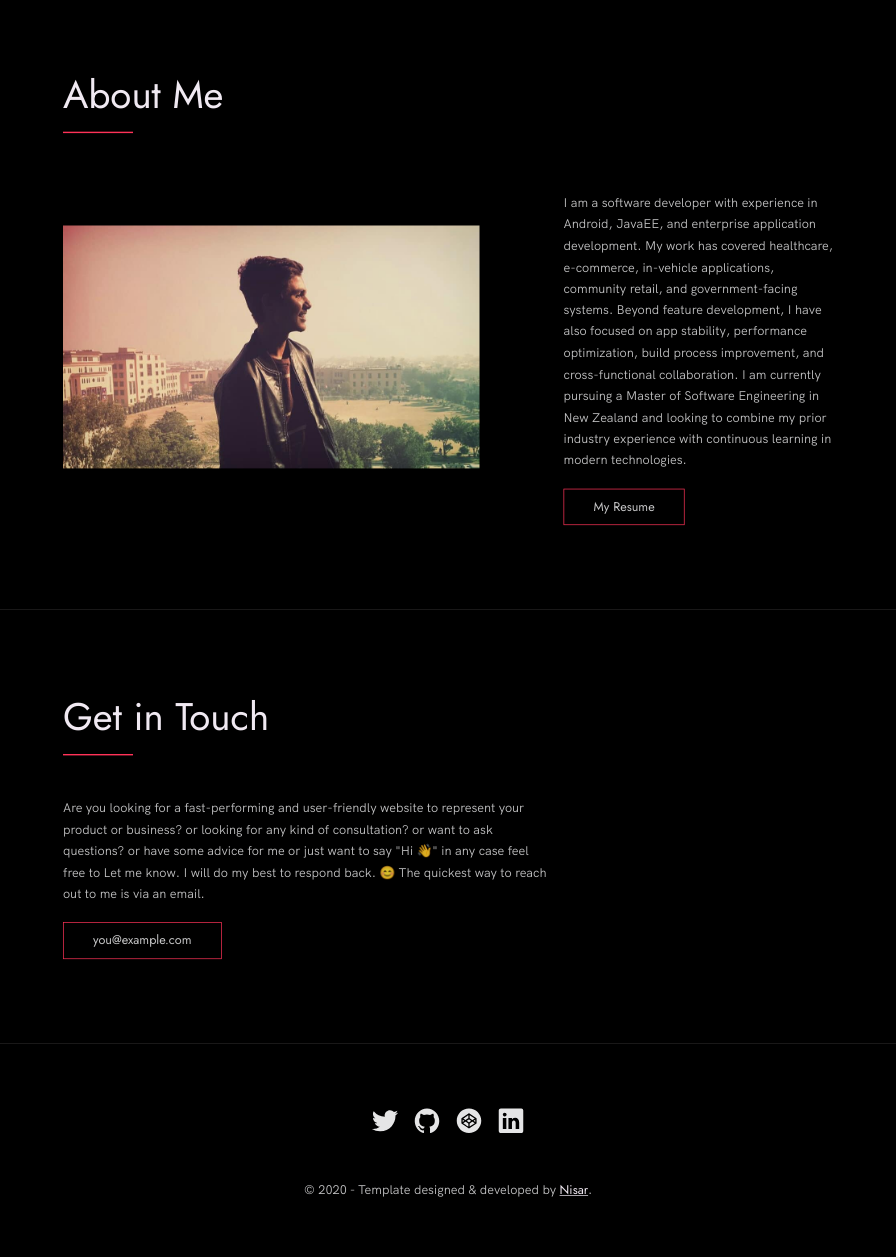
Repository: flyWithWater/portfolio
Page: index.html
An editor plug-in stored every save of this project. The page is shown before and after the next save, followed by the edit.
The browser window is 1280 px wide. The pictures show the part of the page from y = 3543 to 5463 px (the page is 5339 px tall before and 6177 px after), at 70% of full size.
Pictures or frames that could not be fetched are drawn as grey boxes. Backgrounds fixed to the window are drawn as part of the page.

Above is the page before, as saved 2026-04-15 17:03:44.

### index.html
<!--
  Hello 😊.

  This template is designed and developed by Nisar Hassan Naqvi
  for anyone to use for free or customize the way they like.

  Github Repo: https://github.com/nisarhassan12/portfolio-template/
  My Website: https://nisar.dev

  For business & inquires, contact me => syednisarhassan12@gmail.com
-->

<!--
  Follow the instructions written in comments to create your stunning portfolio
-->

<!DOCTYPE html>
<html lang="en">

<head>
  <meta charset="UTF-8" />
  <meta name="viewport" content="width=device-width, initial-scale=1.0" />
  <link rel="shortcut icon" type="image/png" href="./images/favicon.png" />

  <!-- Put your site title here -->
  <title>
    Shane Zhang | A Back-End & Android Developer based in Auckland, New Zealand.
  </title>

  <meta name="description" content="Add small description of yourslef.">
  <!-- Add some coding keywords below, Ex: (React, CSS etc) -->
  <meta name="keywords" content="Put your name, skills and some coding keywords" />
  <link rel="stylesheet" href="index.css" />
</head>

<body>

  <!-- ***** Header ***** -->

  <header class="header" role="banner" id="top">
    <div class="row">
      <nav class="nav" role="navigation">
        <ul class="nav__items">
          <li class="nav__item"><a href="#work" class="nav__link">Work</a></li>
          <li class="nav__item"><a href="#clients" class="nav__link">Clients</a></li>
          <li class="nav__item">
            <a href="#about" class="nav__link">About</a>
          </li>
          <li class="nav__item">
            <a href="#contact" class="nav__link">Contact</a>
          </li>
        </ul>
      </nav>
    </div>
    <div class="header__text-box row">
      <div class="header__text">
        <h1 class="heading-primary">
          <!-- Replace the following name with your name -->
          <span>Changsheng Zhang</span>
        </h1>
        <!-- Put a small paragraph about yourself -->
        <p>A Back-End,Android App Developer, Researcher based in Auckland, New Zealand.</p>
        <a href="#contact" class="btn btn--pink">Get in touch</a>
      </div>
    </div>
  </header>

  <main role="main">

    <!-- ***** Work ***** -->

    <section class="work" id="work">
      <div class="row">
        <h2>My Work Skills</h2>
        <div class="work__boxes">

          <!-- Each div with the work__box class is a project. -->

          <div class="work__box">
            <div class="work__text">
              <h3>Portfolio Template</h3>
              <p>
                A free Open Source Portfolio for anyone to use for free.
              </p>
              <ul class="work__list">
                <li>HTML</li>
                <li>SCSS</li>
                <li>JavaScript</li>
                <li>Parcel</li>
                <li>JavaScript</li>
                <li>JavaScript</li>
                <li>JavaScript</li>
                <li>JavaScript</li>
                <li>JavaScript</li>
                <li>JavaScript</li>
                <li>JavaScript</li>
                <li>JavaScript</li>
                <li>JavaScript</li>
                <li>JavaScript</li>
                <li>JavaScript</li>
              </ul>

              <div class="work__links">
                <a href="https://changshengzhang.tech" target="_blank" class="link__text">
                  Visit Site <span>&rarr;</span>
                </a>
                <a href="https://github.com/flyWithWater" title="View Source Code" target="_blank">
                  <img src="./images/github.svg" class="work__code" alt="GitHub">
                </a>
              </div>
            </div>
            <div class="work__image-box">
              <img src="./images/project-1.png" class="work__image" alt="Project 1" />
            </div>
          </div>

          <div class="work__box">
            <div class="work__text">
              <h3>Calculator</h3>
              <p>
                Lorem ipsum dolor sit amet consectetur adipisicing elit. Quod,
                eius.
              </p>
              <ul class="work__list">
                <li>React</li>
                <li>Next.js</li>
                <li>Node</li>
                <li>MongoDB</li>
              </ul>

              <div class="work__links">
                <a href="#" class="link__text">
                  Visit Site <span>&rarr;</span>
                </a>
                <a href="#">
                  <img src="./images/github.svg" class="work__code" title="View Source Code" alt="GitHub">
                </a>
              </div>
            </div>
            <div class="work__image-box">
              <img src="./images/project-2.png" class="work__image" alt="Project 1" />
            </div>
          </div>

          <div class="work__box">
            <div class="work__text">
              <h3>Notificator</h3>
              <p>
                Lorem ipsum dolor sit amet consectetur adipisicing elit. Quod,
                eius.
              </p>
              <ul class="work__list">
                <li>React</li>
                <li>Next.js</li>
                <li>Node</li>
                <li>MongoDB</li>
              </ul>

              <div class="work__links">
                <a href="#" class="link__text">
                  Visit Site <span>&rarr;</span>
                </a>
                <a href="#">
                  <img src="./images/github.svg" class="work__code" title="View Source Code" alt="GitHub">
                </a>
              </div>
            </div>
            <div class="work__image-box">
              <img src="./images/project-3.png" class="work__image" alt="Project 3" />
            </div>
          </div>
        </div>
      </div>
    </section>

    <!-- ***** Clients ***** -->

    <section class="client" id="clients">
      <div class="row">
        <h2>Clients</h2>
        <div class="client__logos">
          <!-- Add logos of the clients or companies you'have worked with. -->
          <img src="./images/ronjones.png" class="client__logo" alt="Company 2" />
          <img src="./images/goldengrid.png" class="client__logo" alt="Company 3" />
          <img src="./images/bullseye.png" class="client__logo" alt="Company 1" />
          <img src="./images/mighty-furnitures.png" class="client__logo" alt="Company 1" />
          <img src="./images/fastlane.png" class="client__logo" alt="Company 3" />
          <img src="./images/chippy.png" class="client__logo" alt="Company 1" />
        </div>
      </div>
    </section>

    <!-- ***** About ***** -->

    <section class="about" id="about">
      <div class="row">
        <h2>About Me</h2>
        <div class="about__content">
          <div class="about__text">
            <!-- Replace the below paragraph with info about yourself -->
            <p>
              I am a software developer with experience in Android, JavaEE, and enterprise application development. My work has covered healthcare, e-commerce, in-vehicle applications, community retail, and government-facing systems. Beyond feature development, I have also focused on app stability, performance optimization, build process improvement, and cross-functional collaboration. I am currently pursuing a Master of Software Engineering in New Zealand and looking to combine my prior industry experience with continuous learning in modern technologies.
            </p>
            <!-- Provide a link to your resume -->
            <a href="#" class="btn">My Resume</a>
          </div>

          <div class="about__photo-container">
            <!-- Add a nice photo of yourself -->
            <img class="about__photo" src="./images/syed-ali-hussnain.jpg" alt="" />
          </div>
        </div>
      </div>
    </section>
  </main>

  <!-- ***** Contact ***** -->

  <section class="contact" id="contact">
    <div class="row">
      <h2>Get in Touch</h2>
      <div class="contact__info">
        <p>
          Are you looking for a fast-performing and user-friendly website to
          represent your product or business? or looking for any kind of
          consultation? or want to ask questions? or have some advice for me
          or just want to say "Hi 👋" in any case feel free to Let me know. I
          will do my best to respond back. 😊 The quickest way to reach out to
          me is via an email.
        </p>
        <!-- Replace the email with yours -->
        <a href="mailto:you@example.com" class="btn">you@example.com</a>
      </div>
    </div>
  </section>

  <!-- ***** Footer ***** -->

  <footer role="contentinfo" class="footer">
    <div class="row">
      <!-- Update the links to point to your accounts -->
      <ul class="footer__social-links">
        <li class="footer__social-link-item">
          <a href="https://twitter.com/nisarhassan12/" title="Link to Twitter Profile">
            <img src="./images/twitter.svg" class="footer__social-image" alt="Twitter">
          </a>
        </li>
        <li class="footer__social-link-item">
          <a href="https://github.com/nisarhassan12/" title="Link to Github Profile">
            <img src="./images/github.svg" class="footer__social-image" alt="Github">
          </a>
        </li>
        <li class="footer__social-link-item">
          <a href="https://codepen.io/nisar_hassan" title="Link to Codepen Profile">
            <img src="./images/codepen.svg" class="footer__social-image" alt="Codepen">
          </a>
        </li>
        <li class="footer__social-link-item">
          <a href=https://www.linkedin.com/in/nisar-hassan-naqvi-413466199/">
            <img src="./images/linkedin.svg" title="Link to Linkedin Profile" class="footer__social-image" alt="Linkedin">
          </a>
        </li>
      </ul>

      <!-- If you give me some credit by keeping the below paragraph, will be huge for me 😊 Thanks. -->
      <p>
        &copy; 2020 - Template designed & developed by <a href="https://nisar.dev" class="link">Nisar</a>.
      </p>
      <div class="footer__github-buttons">
        <iframe
          src="https://ghbtns.com/github-btn.html?user=nisarhassan12&repo=portfolio-template&type=watch&count=true"
          frameborder="0" scrolling="0" width="170" height="20" title="Watch Portfolio Template on GitHub">
        </iframe>
      </div>
    </div>
  </footer>

  <a href="#top" class="back-to-top" title="Back to Top">
    <img src="./images/arrow-up.svg" alt="Back to Top" class="back-to-top__image"/>
  </a>
  <script src="./index.js"></script>
</body>

</html>

### index.css
/* --------------------------------------- */
/* ----- Basic Setup ----- */
/* --------------------------------------- */

@font-face {
    font-family: 'Hk Grotesk';
    font-style: normal;
    font-weight: 400;
    src: url('./fonts/HKGrotesk-Regular.woff') format('woff');
}

@font-face {
    font-family: 'Jost';
    font-style: normal;
    font-weight: 400;
    src: url('./fonts/Jost-Regular.ttf') format('woff');
}

* {
    margin: 0;
    padding: 0;
    box-sizing: inherit;
}

:root {
    --font-size-small: 1.8rem;
    --font-size-normal: 2.2rem;
    --font-size-medium: 2.8rem;
    --font-size-medium-1: 3.6rem;
    --font-size-large: 5.5rem;
    --font-size-huge: 7.5rem;
    --font-stack: 'Hk Grotesk', sans-serif;

    --line-height-normal: 1.7;
    --line-height-small: 1.2;

    --black: #000;
    --pink: #ff3258;
    --white: #f0e9f2;
    --white-1: #e5e5e6da;


    --container-max-width: 1180px;
    --container-normal-width: 800px;
    --container-medium-width: 700px;
    --container-small-width: 500px;

    --gutter-huge: 12rem;
    --gutter-medium: 6rem;
    --gutter-normal: 3rem;
    --gutter-small-1: 2.5rem;
    --gutter-small: 2rem;

    --border-light: 1px solid rgb(36, 35, 35);
}

html {
    font-size: 62.5%; /* (16/10)*100 = 62.5% => 1rem = 10px */
    box-sizing: border-box;
    scroll-behavior: smooth;
}

@media(max-width: 1000px) {
    html {
        font-size: 52%;
    }
}

body {
    font-size: var(--font-size-small);
    font-family: var(--font-stack);
    font-weight: 400;
    color: var(--white-1);
    line-height: var(--line-height-normal);
    background: var(--black);
    overflow-x: hidden;
}

.row {
    max-width: var(--container-max-width);
    margin: 0 auto;
}

@media(max-width: 1340px) {
    .row {
        max-width: 1100px;
    }
}

@media(max-width: 1240px) {
    .row {
        padding: 0 var(--gutter-medium);
    }
}

@media(max-width: 600px) {
    .row {
        padding: 0 var(--gutter-normal);
    }
}

@media(max-width: 600px) {
    .row {
        padding: 0 var(--gutter-small);
    }
}

section {
    padding: var(--gutter-huge) 0;
    border-bottom: var(--border-light);
}

img {
    object-fit: contain;
    max-width: 100%;
}

/* --------------------------------------- */
/* ----- Headlines and Paragraphs ----- */
/* --------------------------------------- */

h1,
h2,
h3 {
    font-family: 'Jost', sans-serif;
    font-weight: 400;
    line-height: var(--line-height-small);
    color: var(--white);
}

.heading-primary {
    line-height: 1;
    font-size: var(--font-size-huge);
    font-weight: 400;
}

@media(max-width: 900px) {
    .heading-primary {
        font-size: 6.5rem;
    }
}

h2 {
    font-size: var(--font-size-large);
    margin-bottom: var(--gutter-medium);
}

h2::after {
    content: '';
    display: block;
    height: 2px;
    width: 10rem;
    background: var(--pink);
    margin: var(--gutter-small) 0;
}

h3 {
    font-size: var(--font-size-medium-1);
    margin-bottom: var(--gutter-small);
}

@media(max-width: 500px) {
    .heading-primary {
        font-size: var(--font-size-large);
    }

    h2 {
        font-size: var(--font-size-medium-1);
    }

    h3 {
        font-size: var(--font-size-medium);
    }
}

p {
    margin: var(--gutter-small-1) 0;
}

@media(max-width: 900px) {
    p {
        max-width: var(--container-small-width);
    }
}

/* --------------------------------------- */
/* ----- Buttons and Links ----- */
/* --------------------------------------- */

a {
    color: var(--white);
    font-weight: 400;
    font-family: 'Jost', sans-serif;
    transition: all .2s;
    outline: 2px solid transparent;
}

::-moz-focus-inner {
    border: 0;
}

button:focus,
a:focus {
    outline: 2px solid var(--pink);
}

body:not(.user-is-tabbing) button:focus,
body:not(.user-is-tabbing) a:focus {
    outline: none;
}

.link:hover {
    color: var(--pink);
}

.btn {
    position: relative;
    display: inline-block;
    padding: 1rem 4.2rem;
    text-decoration: none;
    color: inherit;
    border: 1px solid  var(--pink);
    font-weight: 400;
}

.btn:focus {
    outline: none;
}

.btn::after {
    content: '';
    display: block;
    position: absolute;
    top: 0;
    left: 0;
    right: 100%;
    background: var(--white);
    height: 100%;
    z-index: -1;
    transition: all 0.2s cubic-bezier(1, 0.68, 0.16, 0.9);
}

.btn:hover::after,
.btn:focus::after {
    right: 0;
    background: var(--pink);
}

.btn--pink {
    background: var(--pink);
    transition: all 0.2s;
}

.btn--pink::after {
    display: none;
}

.btn--pink:hover,
.btn--pink:focus {
    background: transparent;
}

.link__text {
    position: relative;
    display: inline-block;
    padding: .6rem;
    color: inherit;
    text-decoration: none;
    border-bottom: 1px solid var(--pink);
}

.link__text::after {
    content: '';
    display: block;
    position: absolute;
    top: 0;
    left: 0;
    right: 100%;
    background: var(--white);
    height: 100%;
    z-index: -1;
    transition: all 0.2s cubic-bezier(1, 0.68, 0.16, 0.9);
}

.link__text:focus {
    outline: none;
}

.link__text:hover::after,
.link__text:focus:after {
    right: 0;
    background: var(--pink);
}

.link__text span {
    padding-left: 1rem;
    font-family: sans-serif;
}

/* ----- Back to Top ----- */

.back-to-top {
    position: fixed;
    bottom: 4rem;
    right: 4rem;
    display: flex;
    justify-content: center;
    align-items: center;
    height: 5.5rem;
    width: 5.5rem;
    background-color: var(--pink);
    border-radius: 50%;
    z-index: 10;
    visibility: hidden;
    transition: all .4s;
}

.back-to-top__image {
    height: 70%;
}

@media(max-width: 900px) {
    .back-to-top {
        right: 2rem;
    }
}

@media(max-width: 500px) {
    .back-to-top {
        right: 1rem;
    }
}

/* --------------------------------------- */
/* ----- Navigation ----- */
/* --------------------------------------- */

.nav {
    display: flex;
    justify-content: flex-end;
    padding: var(--gutter-normal) 0;
}

.nav__items {
    display: flex;
    list-style: none;
}

.nav__item:not(:last-child) {
    margin-right: var(--gutter-medium);
}

@media(max-width: 500px) {
    .nav {
        justify-content: center;
    }
}

@media(max-width: 400px) {
    .nav__item:not(:last-child) {
        margin-right: var(--gutter-normal);
    }
}

@media(max-width: 300px) {
    .nav {
        font-size: var(--font-size-small);
    }
}

.nav__link {
    position: relative;
    display: inline-block;
    padding: 1rem 0;
    text-decoration: none;
    color: inherit;
    transition: all .2s;
}

.nav__link::after {
    content: '';
    position: absolute;
    bottom: 0;
    left: 0;
    right: 100%;
    display: inline-block;
    height: 1rem;
    background: var(--white);
    transition: all 0.25s cubic-bezier(1, 0.68, 0.16, 0.9);
}

.nav__link:hover {
    color: var(--pink);
}

.nav__link:hover::after {
    right: 0;
    height: 2px;
    background: var(--pink);
}

/* --------------------------------------- */
/* ----- Header ----- */
/* --------------------------------------- */

.header {
    background: linear-gradient(rgba(0,0,0, .1), rgba(0,0,0, .4)),
        url('./images/header.jpg');
    height: 100vh;
    background-size: cover;
    background-position: center;
    background-attachment: fixed;
    font-size: var(--font-size-normal);
}

.header__text {
    position: absolute;
    top: 50%;
    transform: translateY(-50%);
}

.header__text p {
    margin: 1.5rem 0 3.5rem;
    max-width: var(--container-medium-width);
    font-family: 'Jost', sans-serif;
    font-size: var(--font-size-medium);
}

@media(max-width: 500px) {
    .header {
        text-align: center;
    }

    .header__text p {
        transform: scale(.8);
    }
}

/* --------------------------------------- */
/* ----- Work ----- */
/* --------------------------------------- */

.work__box {
    display: flex;
    align-items: center;
}

@media(max-width: 900px) {
    .work__box {
        align-items: initial;
        flex-direction: column-reverse;
    }
}

.work__box:not(:last-child) {
    margin-bottom: 25rem;
}

@media(max-width: 500px) {
    .work__box:not(:last-child) {
        margin-bottom: 20rem;
    }
}

.work__links {
    display: flex;
    align-items: center;
}

.work__text {
    flex: 0 0 30%;
}

.work__list {
    /* list-style-type: square; */
    list-style-position: inside;
    margin-bottom: var(--gutter-normal);
}

.work__code {
    display: block;
    height: 3rem;
    margin-left: var(--gutter-normal);
    transition: all .3s;
}

.work__code:hover {
    transform: scale(1.2);
}

.work__image-box {
    margin-bottom: var(--gutter-normal);
}

@media(min-width: 901px) {
    .work__image-box {
        flex: 1;
        margin: 0 0 0 10rem;
    }
}

@media(max-width: 900px) {
    .work__code {
        height: 4rem;
    }
}

/* --------------------------------------- */
/* ----- Clients ----- */
/* --------------------------------------- */

.client__logos {
    display: flex;
    justify-content: space-between;
    filter: invert(100%) grayscale(100%) opacity(.8);
}

.client__logo {
    height: 6.5rem;
    max-width: 18rem;
}

@media(max-width: 1240px) {
    .client__logos {
        overflow-x: scroll;
        padding: var(--gutter-normal);
    }

    .client__logo:not(:last-of-type) {
        margin-right: var(--gutter-medium);
    }
}

/* --------------------------------------- */
/* ----- About ----- */
/* --------------------------------------- */

.about__content {
    display: flex;
    flex-direction: row-reverse;
    align-items: center;
}

@media(max-width: 900px) {
    .about__content {
        flex-direction: column-reverse;
        align-items: initial;
    }
}

.about__photo-container {
    margin-bottom: var(--gutter-normal);
}

@media(min-width: 901px) {
    .about__text {
        flex: 0 0 35%;
    }

    .about__photo-container {
        flex: 1;
        margin: 0 var(--gutter-huge) 0 0;
    }
}

/* --------------------------------------- */
/* ----- Contact ----- */
/* --------------------------------------- */

.contact__info {
    max-width: var(--container-medium-width);
}

/* --------------------------------------- */
/* ----- Footer ----- */
/* --------------------------------------- */

.footer {
    text-align: center;
    padding: var(--gutter-medium) 0 var(--gutter-normal);
}

.footer__social-links {
    display: flex;
    justify-content: center;
    padding: var(--gutter-normal) 0;
    list-style: none;
}

.footer__social-link-item:not(:last-of-type) {
    margin-right: var(--gutter-small);
}

.footer__social-image {
    height: 4rem;
}

.footer__github-buttons {
    display: flex;
    justify-content: center;
}

.footer__github-buttons iframe {
    height: 2.5rem;
    width: 84px;
    transform: translateY(3px);
}

@media(max-width: 500px) {
    .footer {
        padding: var(--gutter-medium) 0;
    }
}

### index.js
/* -----------------------------------------
  Have focus outline only for keyboard users
 ---------------------------------------- */

const handleFirstTab = (e) => {
  if(e.key === 'Tab') {
    document.body.classList.add('user-is-tabbing')

    window.removeEventListener('keydown', handleFirstTab)
    window.addEventListener('mousedown', handleMouseDownOnce)
  }

}

const handleMouseDownOnce = () => {
  document.body.classList.remove('user-is-tabbing')

  window.removeEventListener('mousedown', handleMouseDownOnce)
  window.addEventListener('keydown', handleFirstTab)
}

window.addEventListener('keydown', handleFirstTab)

const backToTopButton = document.querySelector(".back-to-top");
let isBackToTopRendered = false;

let alterStyles = (isBackToTopRendered) => {
  backToTopButton.style.visibility = isBackToTopRendered ? "visible" : "hidden";
  backToTopButton.style.opacity = isBackToTopRendered ? 1 : 0;
  backToTopButton.style.transform = isBackToTopRendered
    ? "scale(1)"
    : "scale(0)";
};

window.addEventListener("scroll", () => {
  if (window.scrollY > 700) {
    isBackToTopRendered = true;
    alterStyles(isBackToTopRendered);
  } else {
    isBackToTopRendered = false;
    alterStyles(isBackToTopRendered);
  }
});

After the next save:
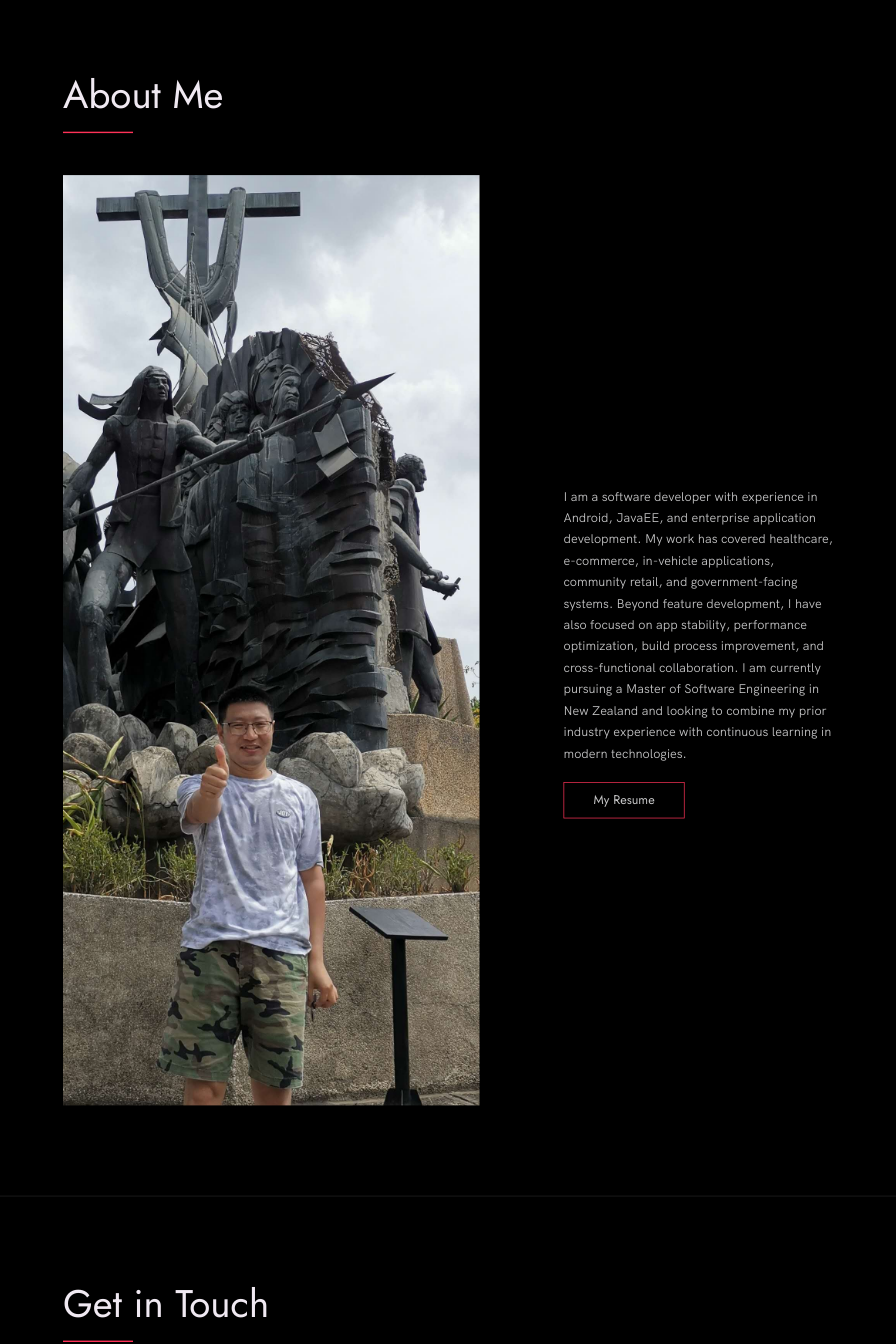
Saved 18 min 37 s later.
--- a/index.html
+++ b/index.html
@@ -207,7 +207,7 @@
 
           <div class="about__photo-container">
             <!-- Add a nice photo of yourself -->
-            <img class="about__photo" src="./images/syed-ali-hussnain.jpg" alt="" />
+            <img class="about__photo" src="./images/photo_of_me.jpg" alt="" />
           </div>
         </div>
       </div>
